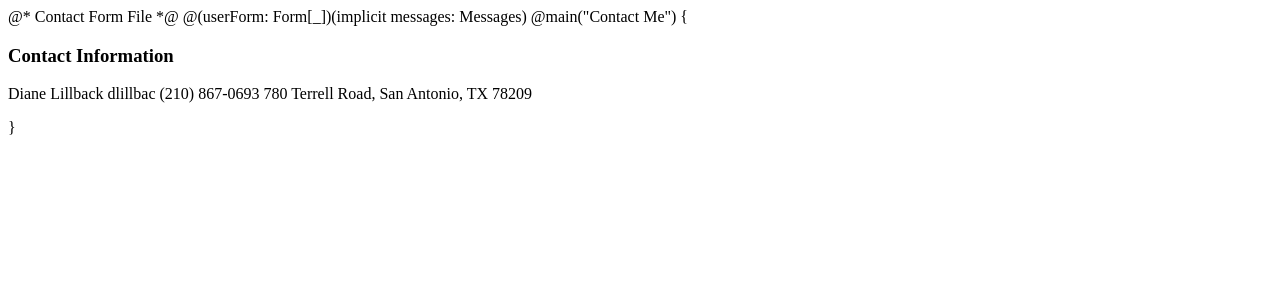
Repository: arthurfeeney/Interior-Design
Page: server/app/views/contact.scala.html
These files come from the project's save history. The page is drawn as it stood at one moment and after the next save; the edit follows.
The browser window is 1280 px wide. The pictures show the whole page.

Above is the page before, as saved 2019-03-31 20:00:00.

After the next save:
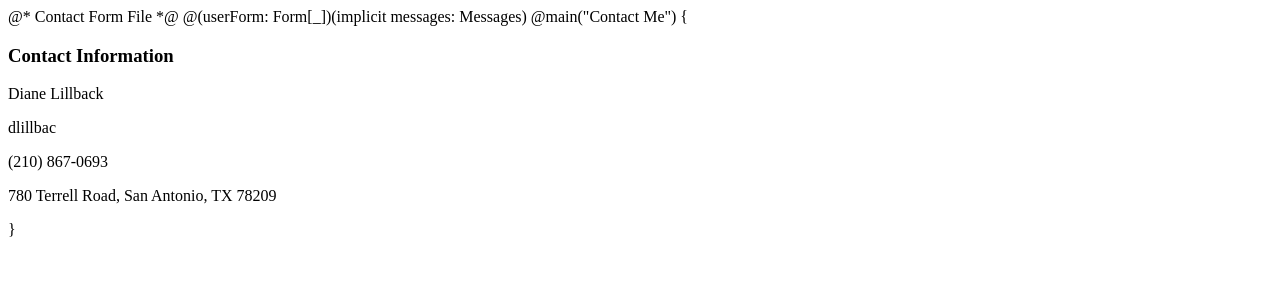
Saved 35 s later.
--- a/server/app/views/contact.scala.html
+++ b/server/app/views/contact.scala.html
@@ -5,8 +5,14 @@
 <h3> Contact Information</h3>
 <p>
   Diane Lillback
+</p>
+<p>
   dlillbac
+</p>
+<p>
   (210) 867-0693
+</p>
+<p>
   780 Terrell Road, San Antonio, TX 78209
 </p>
 
